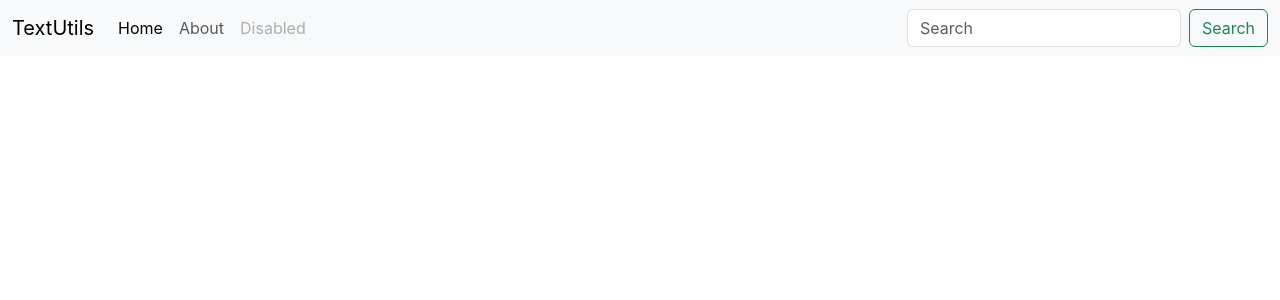
Repository: SujanNagaju/react-demo
Page: /
The author's editor kept a copy of each file at every save. The page is drawn from the files as they stood at one save, then again after the next save.
The browser window is 1280 px wide. The pictures show the whole page.
The project was rebuilt for these pictures with package versions that can differ from the ones it lists, and the page was loaded fresh each time. Also part of the build but not shown: src/App.css.

Above is the page before, as saved 2024-12-28 22:53:49.

After the next save:
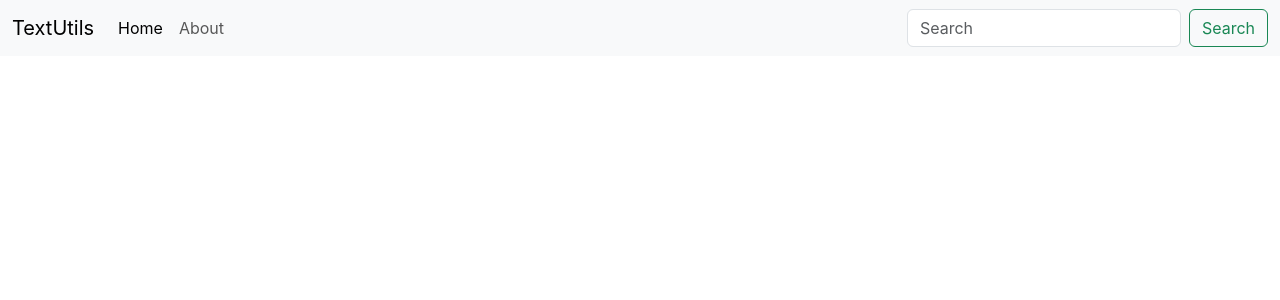
Saved 6 s later.
--- a/src/App.js
+++ b/src/App.js
@@ -19,9 +19,6 @@
           <a className="nav-link" href="/">About</a>
         </li>
 
-        <li className="nav-item">
-          <a className="nav-link disabled" aria-disabled="true" href="/">Disabled</a>
-        </li>
       </ul>
       <form className="d-flex" role="search">
         <input className="form-control me-2" type="search" placeholder="Search" aria-label="Search"/>
